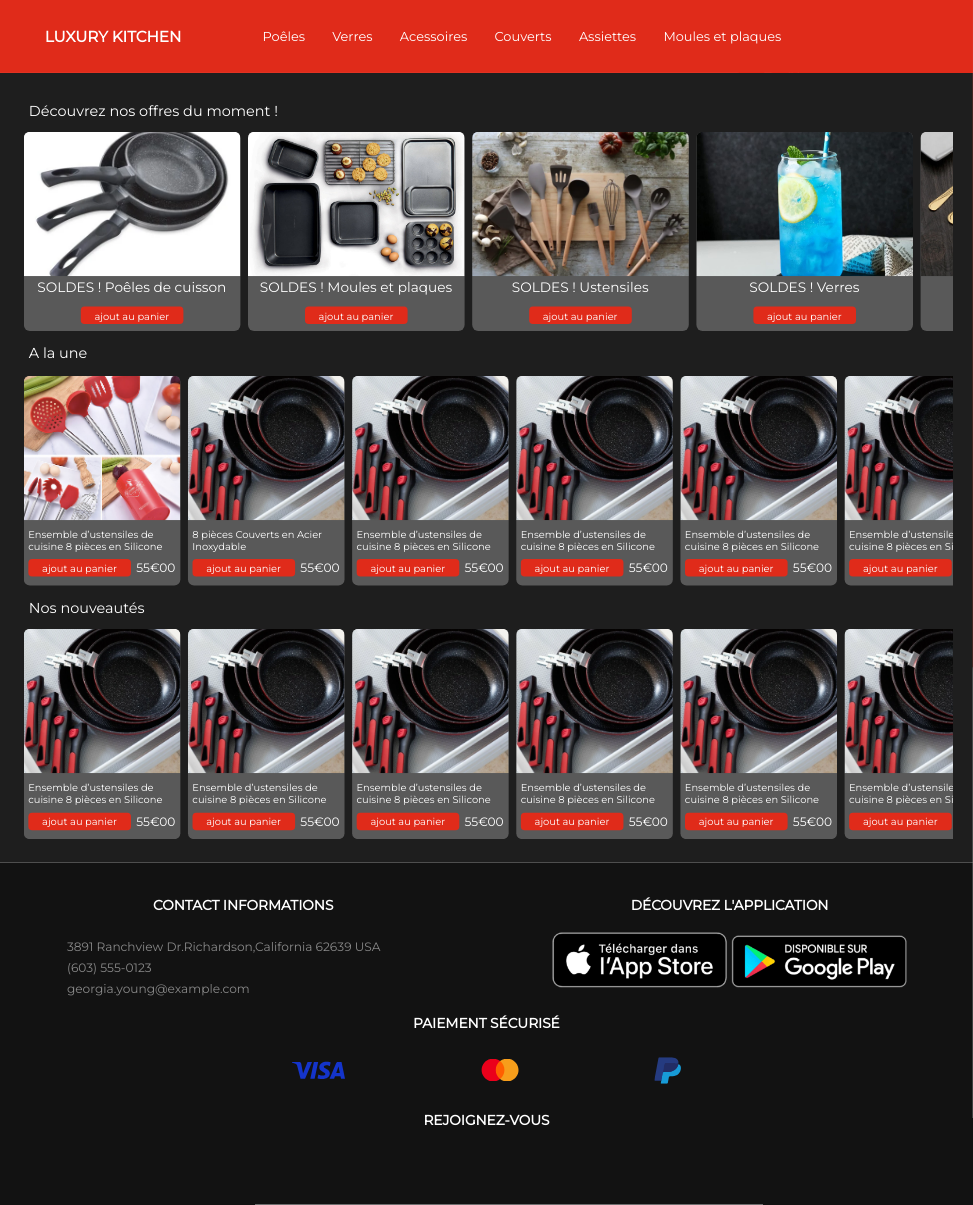
Repository: Juannpl/Luxury-Kicthen
Page: index.html
The author's editor kept a copy of each file at every save. The page is drawn from the files as they stood at one save, then again after a run of saves.
The browser window is 1280 px wide. The pictures show the whole page, at 76% of full size.
Some icons come from a web library that is not loaded, so they are not drawn.

Above is the page before, as saved 2023-02-16 20:23:10.

After the next 3 saves:
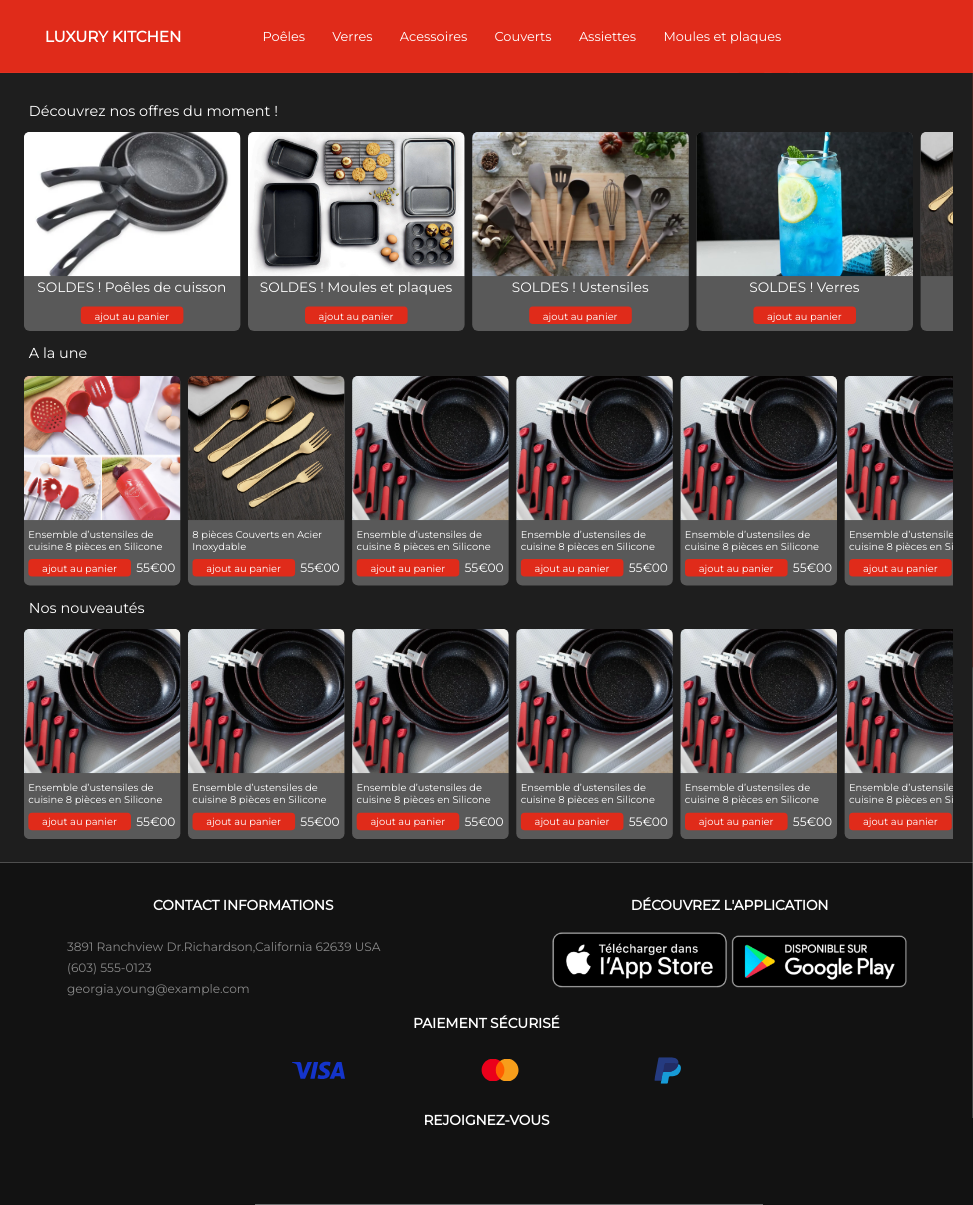
The 3 saves are shown as one change because they came seconds apart.
The last was saved 10 s later.
--- a/index.html
+++ b/index.html
@@ -235,7 +235,7 @@
       </div>
       <div class="card">
         <div class="controle">
-          <img src="img/poêle/poele1.webp" alt="poele">
+          <img src="img/couverts/couvert1.png" alt="poele">
         </div>
         <div class="descr_panier">
           <div class="text_panier">
